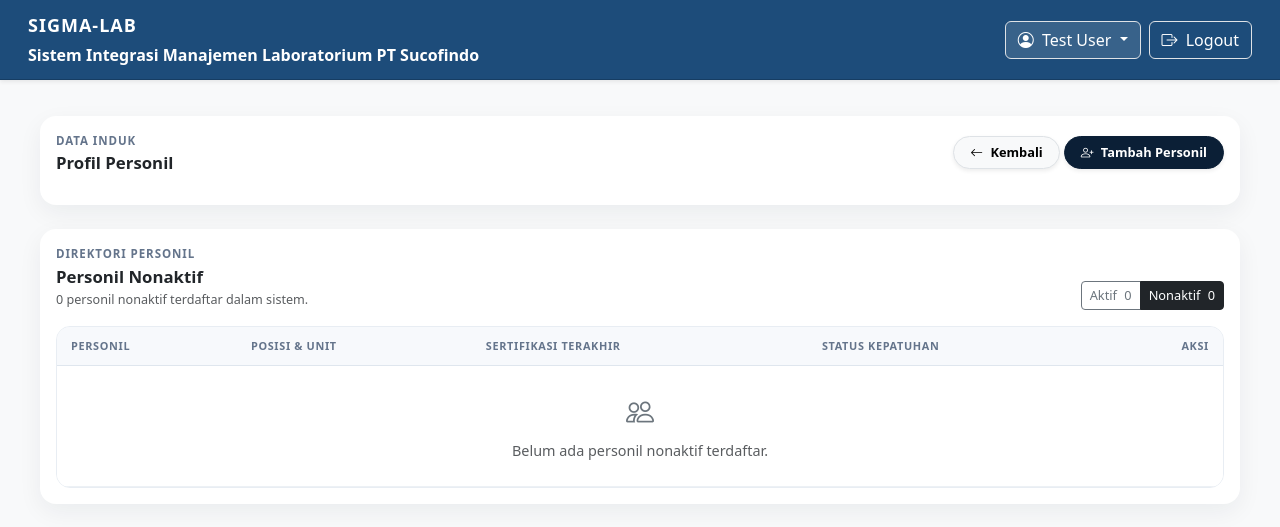
Repository: amelianeesa/sigmalab
Page: http://localhost/sdm?status=nonaktif
An editor plug-in stored every save of this project. The page is shown before and after the next save, followed by the edit.
The browser window is 1280 px wide. The pictures show the whole page.
The page is served by the project's Laravel application, run on PHP 8.4 with Laravel 12. A made-up administrator, Test User (test@example.com), is signed in. Other server files are loaded and not shown. Queries for data that is not in the repository find no rows.

Above is the page before, as saved 2026-08-06 16:44:05.

### routes/web.php
<?php

use Illuminate\Support\Facades\Route;
use App\Http\Controllers\AuthController;
use App\Http\Controllers\SdmController;

Route::get('/', [AuthController::class, 'showLogin']);
Route::get('/login', [AuthController::class, 'showLogin'])->name('login');
Route::post('/login', [AuthController::class, 'processLogin'])->name('login.process');

Route::get('/register', [AuthController::class, 'showRegister'])->name('register');
Route::post('/register', [AuthController::class, 'processRegister'])->name('register.process');

Route::post('/logout', [AuthController::class, 'logout'])->name('logout');

Route::middleware(['auth'])->group(function () {

    Route::get('/dashboard', function () {
        return view('dashboard-index');
    })->name('dashboard');

    Route::get('/sdm', [SdmController::class, 'index'])->name('sdm.index');
    Route::get('/sdm/create', [SdmController::class, 'create'])->name('sdm.create');
    Route::post('/sdm', [SdmController::class, 'store'])->name('sdm.store');
    Route::get('/sdm/{id}/edit', [SdmController::class, 'edit'])->name('sdm.edit');
    Route::put('/sdm/{id}', [SdmController::class, 'update'])->name('sdm.update');
    Route::delete('/sdm/{id}', [SdmController::class, 'destroy'])->name('sdm.destroy');
    Route::patch('/sdm/{id}/aktifkan', [SdmController::class, 'activate'])->name('sdm.activate');
    Route::delete('/sdm/{id}/permanen', [SdmController::class, 'forceDestroy'])->name('sdm.force-destroy');

    Route::get('/sdm/{id}/kompetensi', [SdmController::class, 'kompetensiDetail'])->name('sdm.kompetensi.detail');
    Route::post('/sdm/{id}/kompetensi', [SdmController::class, 'storeKompetensi'])->name('sdm.kompetensi.store');
    Route::put('/sdm/{id}/kompetensi/{kompetensiId}', [SdmController::class, 'updateKompetensi'])->name('sdm.kompetensi.update');
    Route::delete('/sdm/{id}/kompetensi/{kompetensiId}', [SdmController::class, 'destroyKompetensi'])->name('sdm.kompetensi.destroy');
    Route::get('/sdm/{id}/cv', [SdmController::class, 'showCv'])->name('sdm.cv');
});

### app/Models/User.php
<?php

namespace App\Models;

use Illuminate\Database\Eloquent\Factories\HasFactory;
use Illuminate\Foundation\Auth\User as Authenticatable;
use Illuminate\Notifications\Notifiable;

class User extends Authenticatable
{
    use HasFactory, Notifiable;

    protected $table = 'users';
    protected $primaryKey = 'users_id';

    protected $fillable = [
        'personil_id',
        'username',
        'email',
        'password',
        'role_id',
        'status_aktif',
    ];

    protected $hidden = [
        'password',
    ];

    public function personil()
    {
        return $this->belongsTo(Personil::class, 'personil_id', 'personil_id');
    }

    public function role()
    {
        return $this->belongsTo(Role::class, 'role_id', 'roles_id');
    }
}

### app/Http/Controllers/SdmController.php
<?php
namespace App\Http\Controllers;

use Illuminate\Http\Request;
use App\Models\Personil; // Sesuaikan dengan model Anda
use App\Models\KompetensiPersonil;
use Carbon\Carbon;
use Illuminate\Support\Facades\DB;
use Illuminate\Support\Facades\Storage;

class SdmController extends Controller
{
    public function index()
    {
        $showInactive = request('status') === 'nonaktif';
        $personil = Personil::with(['kompetensi' => fn ($query) => $query->orderByDesc('tanggal_terbit')])
            ->where('status_aktif', ! $showInactive)
            ->get();

        $jumlahPersonilAktif = Personil::where('status_aktif', true)->count();
        $jumlahPersonilNonaktif = Personil::where('status_aktif', false)->count();

        $personil->each(function (Personil $item) {
            $sertifikasi = $item->kompetensi->first();
            $item->sertifikasiTerakhir = $sertifikasi;

            if (! $sertifikasi) {
                $item->statusSertifikasi = ['label' => 'Belum bersertifikat', 'class' => 'status-empty', 'icon' => 'dash-circle'];
            } elseif (! $sertifikasi->tanggal_berakhir) {
                $item->statusSertifikasi = ['label' => 'Aktif', 'class' => 'status-active', 'icon' => 'check-circle'];
            } elseif ($sertifikasi->tanggal_berakhir->isPast()) {
                $item->statusSertifikasi = ['label' => 'Kedaluwarsa', 'class' => 'status-expired', 'icon' => 'x-circle'];
            } elseif ($sertifikasi->tanggal_berakhir->lessThanOrEqualTo(today()->addDays(60))) {
                $item->statusSertifikasi = ['label' => 'Segera berakhir', 'class' => 'status-warning', 'icon' => 'exclamation-circle'];
            } else {
                $item->statusSertifikasi = ['label' => 'Aktif', 'class' => 'status-active', 'icon' => 'check-circle'];
            }
        });
        $selectedPersonil = $personil->firstWhere('personil_id', request('personil_id'));

        return view('sdm.index', compact(
            'personil',
            'selectedPersonil',
            'showInactive',
            'jumlahPersonilAktif',
            'jumlahPersonilNonaktif'
        ));
    }

    public function create()
    {
        return view('sdm.create');
    }

    public function store(Request $request)
    {
        $request->validate([
            'no_induk' => 'required|unique:personil,no_induk',
            'nama' => 'required|string|max:100',
            'jabatan' => 'required|string|max:100',
            'unit_kerja' => 'required|string|max:100',
            'file_cv' => 'nullable|mimes:pdf,jpg,jpeg,png|max:2048',
            'nama_sertifikasi' => 'nullable|string|max:100',
            'no_sertifikasi' => 'nullable|string|max:100',
            'tanggal_terbit' => 'nullable|date',
            'tanggal_berakhir' => 'nullable|date|after_or_equal:tanggal_terbit',
        ]);

        $cvName = null;
        if ($request->hasFile('file_cv')) {
            $cvName = time() . '_' . $request->file_cv->getClientOriginalName();
            Storage::disk('local')->putFileAs('public/uploads/cv', $request->file('file_cv'), $cvName);
        }

        DB::transaction(function () use ($request, $cvName) {
            $personil = Personil::create([
                'no_induk' => $request->no_induk,
                'nama' => $request->nama,
                'jabatan' => $request->jabatan,
                'unit_kerja' => $request->unit_kerja,
                'file_cv' => $cvName,
                'status_aktif' => true,
            ]);

            if ($request->filled('nama_sertifikasi')) {
                $tanggalTerbit = Carbon::parse($request->input('tanggal_terbit') ?: today()->toDateString());

                KompetensiPersonil::create([
                    'personil_id' => $personil->personil_id,
                    'jenis_sertifikasi' => $request->nama_sertifikasi,
                    'no_sertifikasi' => $request->no_sertifikasi,
                    'tanggal_terbit' => $tanggalTerbit->toDateString(),
                    'tanggal_berakhir' => $request->tanggal_berakhir,
                ]);
            }
        });

        return redirect()->route('sdm.index')->with('success', 'Data personil berhasil ditambahkan.');
    }

    public function edit($id)
    {
        $personil = Personil::with(['kompetensi' => fn ($query) => $query->orderByDesc('tanggal_terbit')])->findOrFail($id);
        $sertifikasi = $personil->kompetensi->first();

        return view('sdm.edit', compact('personil', 'sertifikasi'));
    }

    public function update(Request $request, $id)
    {
        $personil = Personil::findOrFail($id);

        $request->validate([
            'no_induk' => 'required|unique:personil,no_induk,' . $id . ',personil_id',
            'nama' => 'required|string|max:100',
            'jabatan' => 'required|string|max:100',
            'unit_kerja' => 'required|string|max:100',
            'file_cv' => 'nullable|mimes:pdf,jpg,jpeg,png|max:2048',
            'nama_sertifikasi' => 'nullable|string|max:100',
            'no_sertifikasi' => 'nullable|string|max:100',
            'tanggal_terbit' => 'nullable|date',
            'tanggal_berakhir' => 'nullable|date|after_or_equal:tanggal_terbit',
        ]);

        if ($request->hasFile('file_cv')) {
            if ($personil->file_cv && Storage::disk('local')->exists('public/uploads/cv/' . $personil->file_cv)) {
                Storage::disk('local')->delete('public/uploads/cv/' . $personil->file_cv);
            }
            $cvName = time() . '_' . $request->file_cv->getClientOriginalName();
            Storage::disk('local')->putFileAs('public/uploads/cv', $request->file('file_cv'), $cvName);
            $personil->file_cv = $cvName;
        }

        DB::transaction(function () use ($personil, $request) {
            $personil->update([
                'no_induk' => $request->no_induk,
                'nama' => $request->nama,
                'jabatan' => $request->jabatan,
                'unit_kerja' => $request->unit_kerja,
            ]);

            if ($request->filled('nama_sertifikasi')) {
                $dataSertifikasi = [
                    'jenis_sertifikasi' => $request->nama_sertifikasi,
                    'no_sertifikasi' => $request->no_sertifikasi,
                    'tanggal_terbit' => $request->tanggal_terbit,
                    'tanggal_berakhir' => $request->tanggal_berakhir,
                ];

                $sertifikasi = $personil->kompetensi()->orderByDesc('tanggal_terbit')->first();
                $sertifikasi
                    ? $sertifikasi->update($dataSertifikasi)
                    : $personil->kompetensi()->create($dataSertifikasi);
            }
        });

        return redirect()->route('sdm.index')->with('success', 'Data personil berhasil diperbarui.');
    }

    public function destroy($id)
    {
        $personil = Personil::findOrFail($id);
        // Soft delete sesuai rancangan database
        $personil->update(['status_aktif' => false]);

        return redirect()->route('sdm.index')->with('success', 'Data personil dinonaktifkan (Soft Delete).');
    }

    public function activate($id)
    {
        $personil = Personil::findOrFail($id);
        $personil->update(['status_aktif' => true]);

        return redirect()->route('sdm.index')->with('success', 'Personil berhasil diaktifkan kembali.');
    }

    public function forceDestroy($id)
    {
        $personil = Personil::where('status_aktif', false)->findOrFail($id);

        if (DB::table('kegiatan_personil')->where('personil_id', $personil->personil_id)->exists()) {
            return redirect()->route('sdm.index', ['status' => 'nonaktif'])
                ->with('error', 'Personil tidak dapat dihapus permanen karena masih tercatat dalam kegiatan laboratorium.');
        }

        $fileCv = $personil->file_cv;
        $personil->delete();

        if ($fileCv && Storage::disk('local')->exists('public/uploads/cv/' . $fileCv)) {
            Storage::disk('local')->delete('public/uploads/cv/' . $fileCv);
        }

        return redirect()->route('sdm.index', ['status' => 'nonaktif'])
            ->with('success', 'Data personil beserta CV dan sertifikasinya telah dihapus permanen.');
    }

    public function kompetensiDetail($id)
    {
        $personil = Personil::with(['kompetensi' => fn ($query) => $query->orderByDesc('tanggal_terbit')])->findOrFail($id);
        return view('sdm.kompetensi_detail', compact('personil'));
    }

    public function storeKompetensi(Request $request, $id)
    {
        $personil = Personil::findOrFail($id);
        $data = $request->validate([
            'jenis_sertifikasi' => 'required|string|max:100',
            'no_sertifikasi' => 'nullable|string|max:100',
            'tanggal_terbit' => 'nullable|date',
            'tanggal_berakhir' => 'nullable|date|after_or_equal:tanggal_terbit',
        ]);

        $personil->kompetensi()->create($data);

        return redirect()->route('sdm.kompetensi.detail', $personil->personil_id)
            ->with('success', 'Sertifikat berhasil ditambahkan.');
    }

    public function updateKompetensi(Request $request, $id, $kompetensiId)
    {
        $personil = Personil::findOrFail($id);
        $kompetensi = $personil->kompetensi()->findOrFail($kompetensiId);
        $data = $request->validate([
            'jenis_sertifikasi' => 'required|string|max:100',
            'no_sertifikasi' => 'nullable|string|max:100',
            'tanggal_terbit' => 'nullable|date',
            'tanggal_berakhir' => 'nullable|date|after_or_equal:tanggal_terbit',
        ]);

        $kompetensi->update($data);

        return redirect()->route('sdm.kompetensi.detail', $personil->personil_id)
            ->with('success', 'Sertifikat berhasil diperbarui.');
    }

    public function destroyKompetensi($id, $kompetensiId)
    {
        $personil = Personil::findOrFail($id);
        $personil->kompetensi()->findOrFail($kompetensiId)->delete();

        return redirect()->route('sdm.kompetensi.detail', $personil->personil_id)
            ->with('success', 'Sertifikat berhasil dihapus.');
    }

    public function showCv($id)
    {
    $personil = Personil::findOrFail($id);
        $path = 'public/uploads/cv/' . $personil->file_cv;

        abort_unless($personil->file_cv && Storage::disk('local')->exists($path), 404, 'File CV tidak ditemukan.');

        return Storage::disk('local')->response($path, $personil->file_cv, [
            'Content-Disposition' => 'inline; filename="' . $personil->file_cv . '"',
        ]);
    }
}

### app/Models/Personil.php
<?php

namespace App\Models;

use Illuminate\Database\Eloquent\Factories\HasFactory;
use Illuminate\Database\Eloquent\Model;
use App\Models\KompetensiPersonil;

class Personil extends Model
{
    use HasFactory;

    protected $table = 'personil';
    protected $primaryKey = 'personil_id';

    protected $fillable = [
        'nama',
        'jabatan',
        'unit_kerja',
        'no_induk',
        'file_cv',
        'status_aktif',
    ];

    public function kompetensi()
    {
        return $this->hasMany(KompetensiPersonil::class, 'personil_id', 'personil_id');
    }
}

### resources/views/layouts/app.blade.php
<!DOCTYPE html>
<html lang="id">
<head>
    <meta charset="UTF-8">
    <title>Dashboard - SIGMALAB Sucofindo</title>
    <link href="https://cdn.jsdelivr.net/npm/bootstrap@5.3.0/dist/css/bootstrap.min.css" rel="stylesheet">
    <link href="https://cdn.jsdelivr.net/npm/bootstrap-icons@1.10.5/font/bootstrap-icons.css" rel="stylesheet">
    <link href="https://cdnjs.cloudflare.com/ajax/libs/font-awesome/6.4.0/css/all.min.css" rel="stylesheet">
    <style>
        body {
            background-color: #f8f9fa;
        }

        :root{
            --sdm-50: #eef0f1;
            --sdm-500: #1d4c7a;
            --sdm-600: #1d4c7a;
            --sdm-700: #163d63;
        }

        #content {
            margin-left: 0;
            padding: 24px;
            padding-top: 20px;
        }

        .top-navbar {
            background: var(--sdm-600);
            padding: 12px 28px;
            border-bottom: 1px solid var(--sdm-700);
            margin-left: 0;
            display: flex;
            justify-content: space-between;
            align-items: center;
            position: sticky;
            top: 0;
            z-index: 1020;
            min-height: 64px;
            color: #fff;
        }
        .top-navbar .text-secondary { color: rgba(255,255,255,.75) !important; }
        .top-navbar .fw-bold { color: #fff !important; }
        .top-navbar .dropdown .btn {
            background: rgba(255,255,255,.12);
            color: #fff;
            border-color: rgba(255,255,255,.18);
        }
        .top-navbar .dropdown button {
            max-width: 220px;
            overflow: hidden;
            text-overflow: ellipsis;
            white-space: nowrap;
        }
        .card.h-100 .card-body { min-height: 120px; }
        .card .card-body p { word-break: break-word; }
        .module-card { transition: transform .12s ease, box-shadow .12s ease, border-color .12s ease; }
        .module-card:hover { transform: translateY(-4px); box-shadow: 0 12px 30px rgba(15,35,59,.08); }
        .sdm-highlight { border-color: var(--sdm-600) !important; }
        .sdm-text { color: var(--sdm-600) !important; }
        .sdm-btn { background: var(--sdm-600); border-color: var(--sdm-600); color: #fff; }
        .sdm-border { border-color: rgba(76,29,149,0.12); }
    </style>
</head>

<body>

    <div class="top-navbar shadow-sm">
        <div>
            <span class="text-uppercase text-secondary fs-7 fw-bold d-block mb-1" style="font-size: 18px; letter-spacing: 1px;">SIGMA-LAB</span>
            <div class="mb-0 fw-bold">Sistem Integrasi Manajemen Laboratorium PT Sucofindo</div>
        </div>
        <div class="d-flex align-items-center gap-2">
            <div class="dropdown">
                <button class="btn btn-light dropdown-toggle border" type="button" data-bs-toggle="dropdown" title="Profil">
                    <i class="bi bi-person-circle me-1"></i> {{ Auth::user()->name ?? Auth::user()->username ?? 'Pengguna' }}
                </button>
                <ul class="dropdown-menu dropdown-menu-end">
                    <li>
                        <a class="dropdown-item" href="#"><i class="bi bi-person-badge me-2"></i> Profil</a>
                    </li>
                </ul>
            </div>
            <form action="{{ route('logout') }}" method="POST" class="m-0">
                @csrf
                <button type="submit" class="btn btn-outline-light border text-white">
                    <i class="bi bi-box-arrow-right me-1"></i> Logout
                </button>
            </form>
        </div>
    </div>

    <div id="content">
        @yield('content')
    </div>

    <script src="https://cdn.jsdelivr.net/npm/bootstrap@5.3.0/dist/js/bootstrap.bundle.min.js"></script>

    <script src="https://cdn.jsdelivr.net/npm/sweetalert2@11"></script>
    <script src="https://cdn.jsdelivr.net/npm/bootstrap@5.3.0/dist/js/bootstrap.bundle.min.js"></script>
</body>
</html>
</body>
</html>

Loaded but not shown: app/Http/Controllers/Controller.php (common file); resources/views/sdm/index.blade.php (346 lines, source omitted)

After the next save:
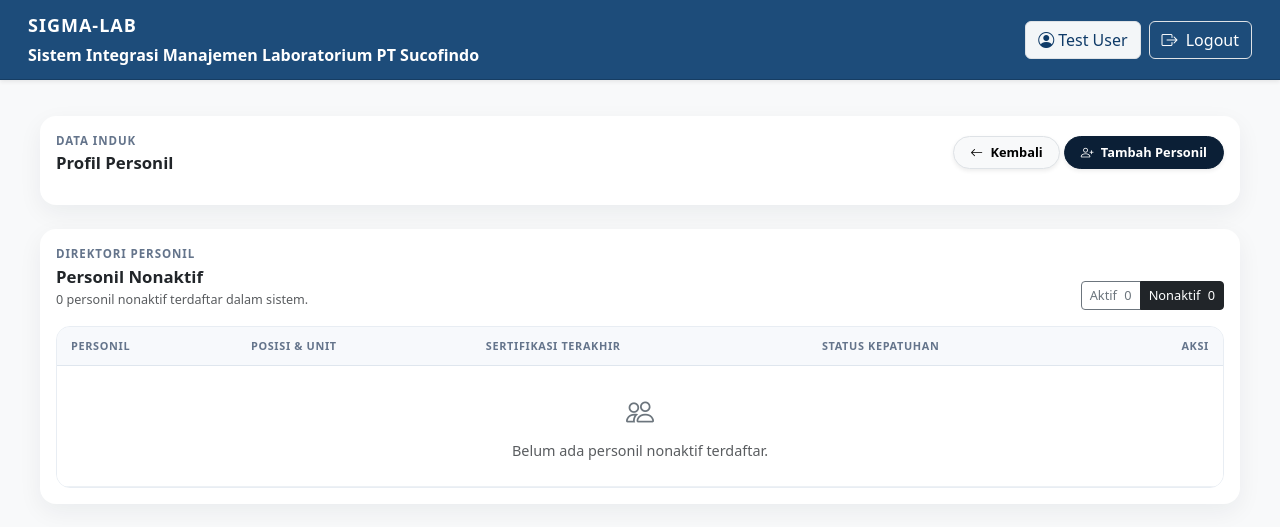
Saved 2 min 48 s later.
--- a/resources/views/layouts/app.blade.php
+++ b/resources/views/layouts/app.blade.php
@@ -70,15 +70,8 @@
             <div class="mb-0 fw-bold">Sistem Integrasi Manajemen Laboratorium PT Sucofindo</div>
         </div>
         <div class="d-flex align-items-center gap-2">
-            <div class="dropdown">
-                <button class="btn btn-light dropdown-toggle border" type="button" data-bs-toggle="dropdown" title="Profil">
-                    <i class="bi bi-person-circle me-1"></i> {{ Auth::user()->name ?? Auth::user()->username ?? 'Pengguna' }}
-                </button>
-                <ul class="dropdown-menu dropdown-menu-end">
-                    <li>
-                        <a class="dropdown-item" href="#"><i class="bi bi-person-badge me-2"></i> Profil</a>
-                    </li>
-                </ul>
+            <div class="btn btn-light border d-flex align-items-center gap-1" style="color:#0f3b68; background: rgba(255,255,255,.95);">
+                <i class="bi bi-person-circle"></i> {{ Auth::user()->name ?? Auth::user()->username ?? 'Pengguna' }}
             </div>
             <form action="{{ route('logout') }}" method="POST" class="m-0">
                 @csrf
